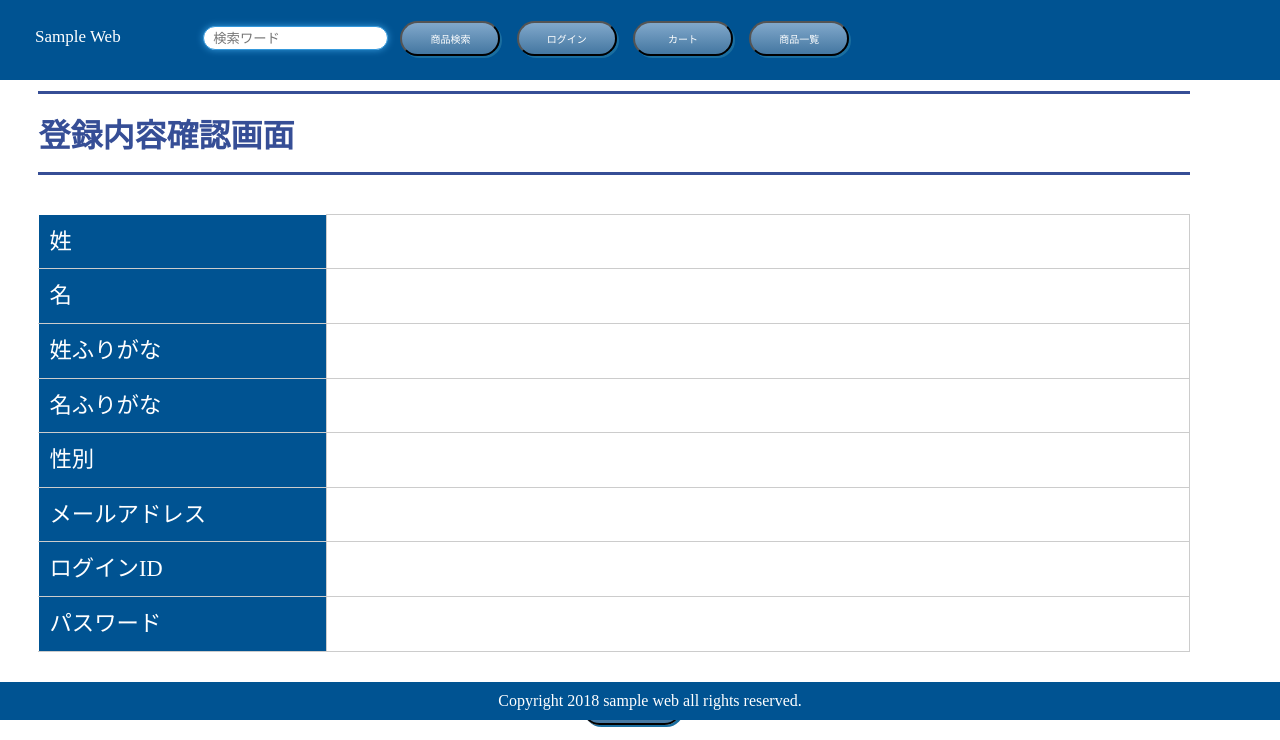
Repository: kousuke-2047/test
Page: http://localhost/sample-web-master/createUserConfirm.jsp
An editor plug-in stored every save of this project. The page is shown before and after the next save, followed by the edit.
The browser window is 1280 px wide. The pictures show the whole page.
Some web libraries are served in a nearby version. The page is served by Tomcat 9. Other server files are loaded and not shown.

Above is the page before, as saved 2018-06-15 01:27:27.

### sample-web-master/WebContent/createUserConfirm.jsp
<%@ page language="java" contentType="text/html; charset=UTF-8"
    pageEncoding="UTF-8"%>
<%@ taglib prefix="s" uri="/struts-tags"%>
<%@ taglib prefix="c" uri="http://java.sun.com/jsp/jstl/core"%>
<!DOCTYPE html>
<html>
<head>
<meta charset="UTF-8">
<link rel="stylesheet" href="./css/style.css">
<title>登録内容確認</title>
</head>
<body>
<jsp:include page="header.jsp" />
<div id="contents">
<h1>登録内容確認画面</h1>
<s:form action="CreateUserCompleteAction">
<table class="vertical-list-table">
<tr>
	<th scope="row"><s:label value="姓"/></th>
	<td><s:property value="familyName"/></td>
</tr>
<tr>
	<th scope="row"><s:label value="名"/></th>
	<td><s:property value="firstName"/></td>
</tr>
<tr>
	<th scope="row"><s:label value="姓ふりがな"/></th>
	<td><s:property value="familyNameKana"/></td>
</tr>
<tr>
<th scope="row"><s:label value="名ふりがな"/></th>
<td><s:property value="firstNameKana"/></td>
</tr>
<tr>
	<th scope="row"><s:label value="性別"/></th>
	<td><s:property value="sex"/></td>
</tr>
<tr>
	<th scope="row"><s:label value="メールアドレス"/></th>
	<td><s:property value="email"/></td>
</tr>
<tr>
	<th scope="row"><s:label value="ログインID"/>
	<td><s:property value="loginId"/>
</tr>
<tr>
	<th scope="row"><s:label value="パスワード"/>
	<td><s:property value="password"/>
</tr>
</table>
<div class="submit_btn_box">
<div id=".contents-btn-set">
<s:submit value="登録" class="submit_btn" />
</div>
</div>
<s:hidden name="loginId" value="%{loginId}"/>
<s:hidden name="password" value="%{password}"/>
<s:hidden name="familyName" value="%{familyName}"/>
<s:hidden name="firstName" value="%{firstName}"/>
<s:hidden name="familyNameKana" value="%{familyNameKana}"/>
<s:hidden name="firstNameKana" value="%{firstNameKana}"/>
<s:if test='sex.equals("男性")'>;
<s:hidden name="sex" value="0"/>
</s:if>
<s:if test='sex.equals("女性")'>;
<s:hidden name="sex" value="1"/>
</s:if>
<s:hidden name="email" value="%{email}"/>
</s:form>
</div>
<div id="footer">
	<s:include value="footer.jsp"/>
</div>
</body>
</html>

### sample-web-master/WebContent/header.jsp
<%@ page language="java" contentType="text/html; charset=UTF-8"
    pageEncoding="UTF-8"%>
<%@ taglib prefix="s" uri="/struts-tags"%>
<%@ taglib prefix="c" uri="http://java.sun.com/jsp/jstl/core"%>
<!DOCTYPE html>
<html>
<head>
<meta charset="UTF-8">
<!-- <link rel="stylesheet" href="./css/style.css">  -->
<title>ヘッダー</title>
<script>
function goLoginAction(){
	document.getElementById("form").action="GoLoginAction";
}
function goMyPageAction(){
	document.getElementById("form").action="MyPageAction";
}
function goCartAction(){
	document.getElementById("form").action="CartAction";
}
function goProductListAction(){
	document.getElementById("categoryId").value=1;
	document.getElementById("form").action="ProductListAction";
}
function goLogoutAction(){
	document.getElementById("form").action="LogoutAction";
}
function goSearchItemAction(){
	document.getElementById("form").action="SearchItemAction";
}
</script>
</head>
<body>
<header>
<div id="header">
<div id="header-title">
Sample Web
</div>
<div id="header-menu">
<ul>
<s:form id="form" name="form">
	<s:if test='#session.containsKey("mCategoryDtoList")'>
	<li><s:select name="categoryId" list="#session.mCategoryDtoList" listValue="categoryName" listKey="categoryId" class="cs-div" id="categoryId"/></li>
	</s:if>
	<li><s:textfield name="keywords" class="txt-keywords" placeholder="検索ワード" /></li>
	<li><s:submit value="商品検索" class="submit_btn" onclick="goSearchItemAction();"/><li>
	<s:if test="#session.logined==1">
	<li><s:submit value="ログアウト" class="submit_btn" onclick="goLogoutAction();"/></li>
	</s:if>
	<s:else>
		<li><s:submit value="ログイン" class="submit_btn" onclick="goLoginAction();"/></li>
	</s:else>
	<li><s:submit value="カート" class="submit_btn" onclick="goCartAction();"/><li>
	<li><s:submit value="商品一覧" class="submit_btn" onclick="goProductListAction();"/></li>
	<s:if test="#session.logined==1">
		<li><s:submit value="マイページ" class="submit_btn" onclick="goMyPageAction();"/></li>
	</s:if>
</s:form>
</ul>
</div>
</div>
</header>
</body>
</html>

### sample-web-master/WebContent/footer.jsp
<%@ page language="java" contentType="text/html; charset=UTF-8"
    pageEncoding="UTF-8"%>
<%@ taglib prefix="s" uri="/struts-tags"%>
<%@ taglib prefix="c" uri="http://java.sun.com/jsp/jstl/core"%>
<!DOCTYPE html>
<html>
<head>
<meta charset="UTF-8">
<link rel="stylesheet" href="./css/style.css">
<link rel="text/javascript" href="./js/smoothscroll.js">
<script type="text/javascript" src="http://code.jquery.com/jquery-3.1.0.min.js"></script>
<script src="js/smoothscroll.js"></script>
<title>フッター</title>
</head>
<body>
<div id="footer">
Copyright 2018 sample web all rights reserved.
</div>
</body>
</html>

### sample-web-master/WebContent/css/style.css
@charset "UTF-8";
body, html {
	margin : 0; /* 余白の削除 */
	padding : 0; /* 余白の削除 */
	width : 100%;
	height : 100%;
}

#header {
	position : fixed;
	float : left;
	width : 100%;
	height : 60px;
	padding : 10px;
	background-color : #005392;
}

#header-menu {
float : left;
width : 80%;
margin-left : -30px;
}

#header-menu ul{
	float : left;
	marigin-top : 15px;
	margin-left : 20px;
	width : 100%;
}

#header-menu ul li{
	float : left;
	list-style : none;
	padding-left : 1%;
	color : white;
	font-size : 12px;
}

#header-title {
	float : left;
	height : 30px;
	margin-top : 17px;
	margin-left : 25px;
	width : 10%;
	font-family: 'Vidaloka', serif;
	color:#ffffff;
	font-size:17px;
}

.submit_btn_box{
	width : 45%;
	display : block;
	margin-top : 5px;
	margin-bottom : 5px;
	margin-left : 3%;
	padding-left : 42%;
	float : left;
}

.submit_btn {
    padding: 0.5em 1em;
    text-decoration:none;
    border-radius:100px;
    width:100px;
	height : 35px;
	margin-top : -5px;
	margin-left : 6px;
    font-size:10px;
    text-align:center;
    color:#fff;
    box-shadow:2px 2px #1a6ea0;
    background: #4b7ea1;
    background: -webkit-gradient(linear, left top, left bottom, from(#81a8cb), to(#4477a1) );
    background: -moz-linear-gradient(-90deg, #81a8cb, #4477a1);
    filter:  progid:DXImageTransform.Microsoft.gradient(GradientType=0,startColorstr='#81a8cb', endColorstr='#4477a1');
}

.submit_btn:hover{
    color:#fff;
    background-color:#49a9d4;
    box-shadow:2px 2px #1a6ea0;
    cursor: pointer;
    opacity:0.5;
    background: #81a8cb;
    background: -webkit-gradient(linear, left top, left bottom, from(#4477a1), to(#81a8cb) );
    background: -moz-linear-gradient(-90deg, #4477a1, #81a8cb);
    filter:  progid:DXImageTransform.Microsoft.gradient(GradientType=0,startColorstr='#4477a1', endColorstr='#81a8cb');
}

.submit_btn:active{
	background: #4477a1;
}

.txt-keywords {
	width : 95%;
	height : 20px;
	padding-left : 5%;
	box-shadow: 0 0 7px #3498db;
    border: 1px solid #3498db;
    border-radius: 100px;
}

.txt-keywords:focus {
	border: 1px solid #ff9900;
	color : #011892;
	outline: 0;
}

#contents {
	padding-top : 70px;
	margin-top : 50px;
	margin : 0 auto;
	width : 100%;
	height : auto;
	padding-bottom : 10px;
	margin-bottom : 100px;
	overflow : auto; /* コンテンツの表示を自動に設定（スクロール）*/
}

.contents-btn-set {
	margin : 3%;
	display : inline-block;
	float : left;
}

h1 {
	width : 	90%;
	color: #364e96;/*文字色*/
	margin-left : 3%;
	margin-right : 3%;
	padding: 0.5em 0;/*上下の余白*/
	border-top: solid 3px #364e96;/*上線*/
	border-bottom: solid 3px #364e96;/*下線*/
}

h2 {
	width : 	90%;
	color: #5e5e5e;/*文字色*/
	margin-left : 3%;
	margin-right : 3%;
	padding: 0.5em 0;/*上下の余白*/
}

.pager{
	padding-top : 50px;
	text-align : center;
	font-size : 18px;
	clear : both;
}

.2column-container {
	width : 	90%;
}

.box{
	width : 90%;
	display : block;
	margin-top : 5px;
	margin-bottom : 5px;
	margin-left : 3%;
	float : left;
}

.right {
	float : left;
	width : 400px;
	height : 325px;
	margin-bottom : 40px;
}

.left {
	float:left;
	width : 500px;
	height : 325px;
	margin-botton : 40px;
}

table.horizontal-list-table, th, td {
	margin : 3%;
	width : 90%;
	border-collapse: collapse;
	border: 1px solid #ccc;
	line-height: 1.5;
}

table.horizontal-list-table th {
	width: 150px;
	padding: 10px;
	font-weight: bold;
	font-size: 0.8em;
	text-align: center;
	vertical-align: top;
	background: #005392;
	color: #ffffff;
}
table.horizontal-list-table td {
	width: 350px;
	padding: 10px;
	font-size: 0.8em;
	text-align: center;
	vertical-align: top;
}

table.vertical-list-table {
	width: 90%;
	border-collapse: separate;
	border-spacing: 0;
	text-align: left;
	font-size: 1.4rem;
	line-height: 1.5;
	border-top: 1px solid #ccc;
	border-left: 1px solid #ccc;
}

table.vertical-list-table th {
	width: 25%;
	padding: 10px;
	font-weight: 400;
	vertical-align: top;
	border-right: 1px solid #ccc;
	border-bottom: 1px solid #ccc;
	border-top: 1px solid #fff;
	border-left: 1px solid #fff;
	background: #005392;
	color:#ffffff;
}

table.vertical-list-table td {
	width: 75%;
	padding: 10px;
	vertical-align: top;
	border-right: 1px solid #ccc;
	border-bottom: 1px solid #ccc;
}

table.vertical-list-table, th, td {
	margin : 3%;
	border-collapse: collapse;
	border: 1px solid #ccc;
	line-height: 1.5;
}

table.vertical-list-table-mini {
	width: 100%;
	border-collapse: separate;
	border-spacing: 0;
	text-align: left;
	font-size: 1.0rem;
	line-height: 1.5;
	border-top: 1px solid #ccc;
	border-left: 1px solid #ccc;
}

table.vertical-list-table-mini th {
	width: 35%;
	padding: 10px;
	font-weight: 400;
	vertical-align: middle;
	border-right: 1px solid #ccc;
	border-bottom: 1px solid #ccc;
	border-top: 1px solid #fff;
	border-left: 1px solid #fff;
	background: #005392;
	color:#ffffff;
}

table.vertical-list-table-mini td {
	width: 65%;
	padding: 10px;
	vertical-align: middle;
	border-right: 1px solid #ccc;
	border-bottom: 1px solid #ccc;
}

/* 商品一覧エリアの背景 */
#product-list {
	background : #cccccc;
}

/* クリアフィックス */
#item-list ul::after {
	content : "";
	clear : both;
	display : block;
}
/* 商品一覧リストの設定 */
#product-list ul li {
	display : block;
	float : left;
	width : 85%;
	height : 100%;
	list-style-type : none;
/*	background : #00cccc; */
	text-align : center;
}
#footer {
	position : fixed;
	text-align : center;
	bottom : 0;
	clear : both;
	left : 0;
	z-index : 10;
	width : 100%;
	padding : 10px;
	color : #ffffff;
	background-color : #005392;
}

.product-list-box {
	display:inline-block;
	float : left;
	width:33.3%;
	height: 300px;
	text-align:center;
}

.cart-list-box {
	overflow: hidden;
	float:left;
	width:1020px;
}

.cart-list-box li{
	float: left;
	width:235px;
	list-style : none;
}

.product-details-recomｍend-box {
	margin-top: 2%;
	clear: both;
	margin-left : 200px;
}

.recommend-box{
	float : left;
	width : 33.3%;
	height : 148px;
}

.txt {
	width : 99%;
	height : 30px;
	border: 0.5px solid #999;
	font-size : 24px;
}

.txt:focus {
	border: 1px solid #ff9900;
	outline: 0;
}

.check{
	display: none;
}
.check-parts{
	padding-left: 20px;
	position:relative;
	margin-right: 20px;
}
.check-parts::before{
	content: "";
	display: block;
	position: absolute;
	top: 0;
	left: 0;
	width: 15px;
	height: 15px;
	border: 1px solid #999;
	border-radius: 4px;
}

.check:checked + .check-parts{
	color: #009a9a;
}

.check:checked + .check-parts::after{
	content: "";
	display: block;
	position: absolute;
	top: -5px;
	left: 5px;
	width: 7px;
	height: 14px;
	transform: rotate(40deg);
	border-bottom: 3px solid #009a9a;
	border-right: 3px solid #009a9a;
}

.cs-div {
	height : 25px;
	border: 1px solid #ccc;
	border-radius: 3px;
	overflow: hidden;
	background: #fafafa url("../images/select.png") no-repeat;
	width: 95%;
}
.cs-div select {
	margin: 0;
	padding: 5px 8px;
	height : 25px;
	width: 95%;
	border: none;
	box-shadow: none;
	background: transparent;
	background-image: none;
	-webkit-appearance: none;
	-moz-appearance: none;
	-o-appearance: none;
	appearance: none;
}

.cs-div select:focus {
	outline: none;
}

.item-image-box-50 {
	width : 50px;
	height : 50px;
}

.item-image-box-100 {
	width : 100px;
	height : 100px;
}

.item-image-box-200 {
	width : 200px;
	height : 200px;
}

.item-image-box-300 {
	width : 300px;
	height : 300px;
}

.item-image-box-320 {
	width : 320px;
	height : 320px;
}

.item-image-box-400 {
	width : 400px;
	height : 400px;
}

.create-user-form{
	white-space : normal;
}

.info, .success, .warning, .error, .validation {
	border: 1px solid;
	margin: 10px 0px;
	padding:15px 10px 15px 50px;
	background-repeat: no-repeat;
	background-position: 10px center;
}

.info {
	font-size : 0.8em;
	margin-left : 3%;
	width : 84%;
	color: #00529B;
	background-color: #BDE5F8;
}

.success {
	font-size : 0.8em;
	margin-left : 3%;
	width : 84%;
	color: #4F8A10;
	background-color: #DFF2BF;
}

.warning {
	font-size : 0.8em;
	margin-left : 3%;
	width : 84%;
	color: #9F6000;
	background-color: #FEEFB3;
}

.error {
	font-size : 0.8em;
	margin-left : 3%;
	width : 84%;
	color: #D8000C;
	background-color: #FFBABA;
}

.error-message {
	color : red;
}

### sample-web-master/WebContent/js/smoothscroll.js
$(function() {
	$('a[href^="#"]').click(function() {
		var speed = 500;
		var href = $(this).attr("href");
		var target = $(href == "#" || href == "" ? 'html' : href);
		var position = target.offset().top;
		$("html, body").animate({
			scrollTop : position
		}, speed, "swing");
		return false;
	});
});

After the next save:
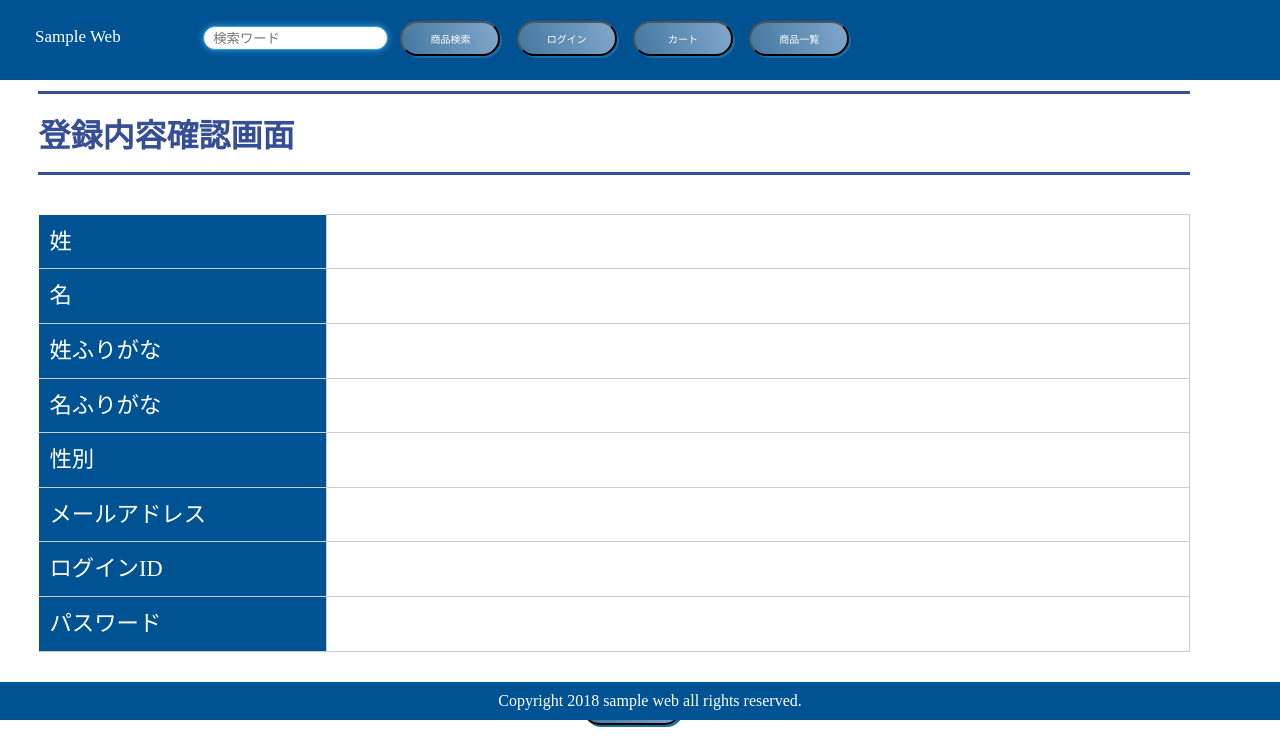
Saved 109 s later.
--- a/sample-web-master/WebContent/css/style.css
+++ b/sample-web-master/WebContent/css/style.css
@@ -70,7 +70,7 @@
     color:#fff;
     box-shadow:2px 2px #1a6ea0;
     background: #4b7ea1;
-    background: -webkit-gradient(linear, left top, left bottom, from(#81a8cb), to(#4477a1) );
+    background: -webkit-gradient(linear, right top, left bottom, from(#81a8cb), to(#4477a1) );
     background: -moz-linear-gradient(-90deg, #81a8cb, #4477a1);
     filter:  progid:DXImageTransform.Microsoft.gradient(GradientType=0,startColorstr='#81a8cb', endColorstr='#4477a1');
 }

After the save that followed:
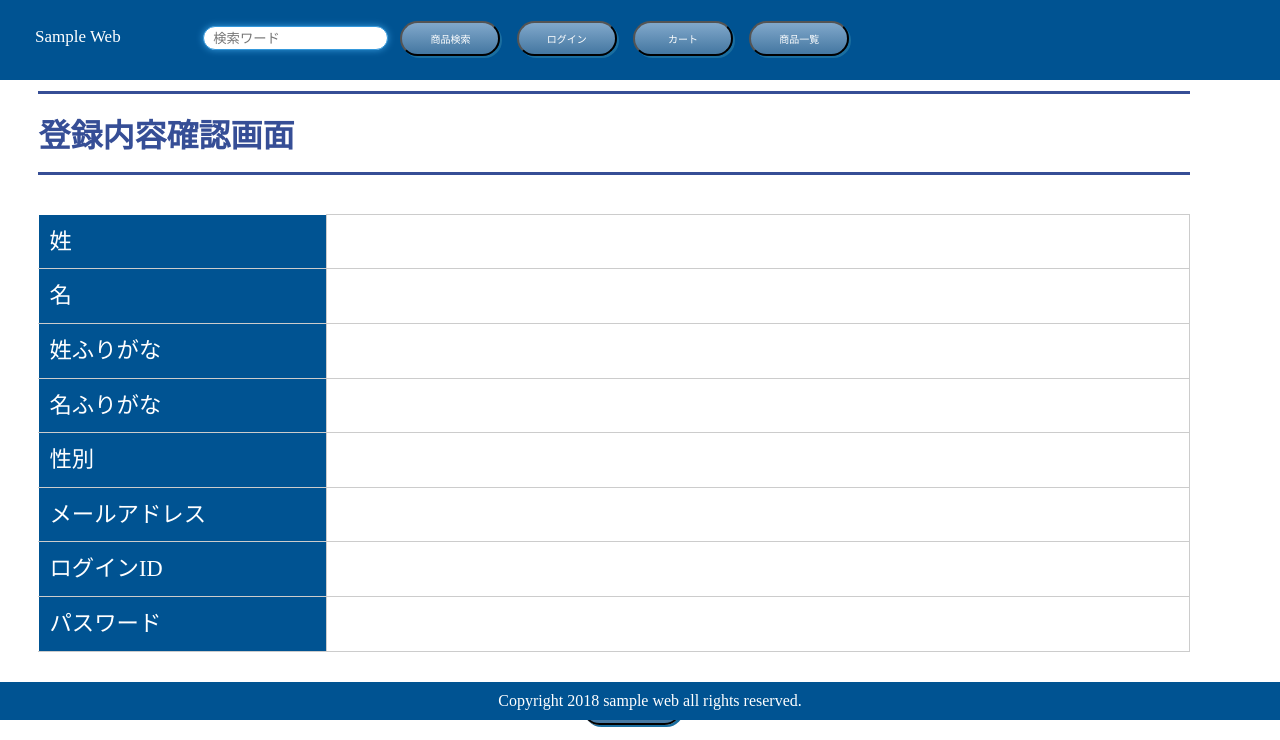
Saved 39 s later.
--- a/sample-web-master/WebContent/css/style.css
+++ b/sample-web-master/WebContent/css/style.css
@@ -70,7 +70,7 @@
     color:#fff;
     box-shadow:2px 2px #1a6ea0;
     background: #4b7ea1;
-    background: -webkit-gradient(linear, right top, left bottom, from(#81a8cb), to(#4477a1) );
+    background: -webkit-gradient(linear, right top, right bottom, from(#81a8cb), to(#4477a1) );
     background: -moz-linear-gradient(-90deg, #81a8cb, #4477a1);
     filter:  progid:DXImageTransform.Microsoft.gradient(GradientType=0,startColorstr='#81a8cb', endColorstr='#4477a1');
 }
